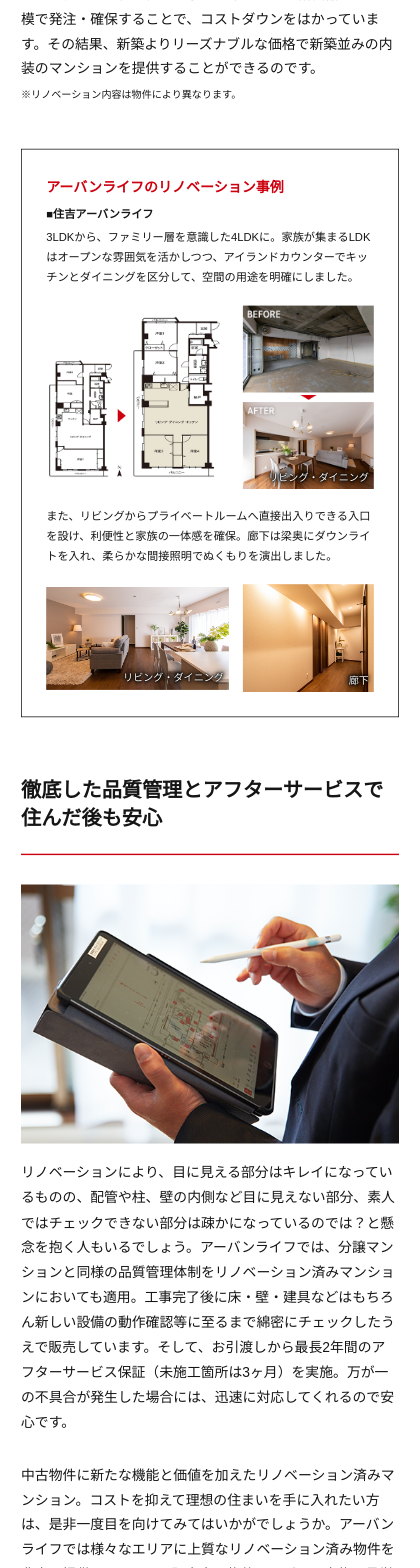
Repository: duongspm/group-kansai_new-data
Page: group-kansai_new/pickup/column07.html
The author's editor kept a copy of each file at every save. The page is drawn from the files as they stood at one save, then again after a run of saves.
The browser window is 600 px wide. The pictures show the part of the page from y = 3832 to 6072 px (the page is 7136 px tall before and 7126 px after), at 70% of full size.

Above is the page before, as saved 2023-06-30 16:31:00.

### group-kansai_new/pickup/column07.html
<!doctype html>
<html>
<head prefix="og: http://ogp.me/ns# fb: http://ogp.me/ns/fb# article: http://ogp.me/ns/website#">

    <meta charset="utf-8">
    <meta http-equiv="X-UA-Compatible" content="chrome=1">
    <meta name="viewport" content="width=device-width, initial-scale=1">

    <title>住み替えを検討する際の重要なポイント。住宅ローン残債があっても住み替えできる？｜関西で住まいのことは三菱地所グループへ</title>
    <meta name="keywords" content="新築マンション,注文住宅,リフォーム,売買・賃貸,関西,三菱地所グループ,三菱地所レジデンス,三菱地所ホーム,三菱地所ハウスネット,住まい">
    <meta name="description" content="関西エリアの三菱地所グループが、新築・中古マンション、注文住宅、リフォーム、売買、賃貸、マンション・ビル管理、インテリアなど、あらゆる住まいのニーズにお応えします。">
    <link rel="canonical" href="https://www.mecsumai.com/group_kansai/pickup/column07.html">

    <!-- OGP -->
    <meta property="og:site_name" content="関西で住まいのことは三菱地所グループへ" />
    <meta property="og:title" content="住み替えを検討する際の重要なポイント。住宅ローン残債があっても住み替えできる？｜関西で住まいのことは三菱地所グループへ" />
    <meta property="og:description" content="関西エリアの三菱地所グループが、新築・中古マンション、注文住宅、リフォーム、売買、賃貸、マンション・ビル管理、インテリアなど、あらゆる住まいのニーズにお応えします。" />
    <meta property="og:type" content="website" />
    <meta property="og:locale" content="ja_JP" />
    <meta property="og:url" content="https://www.mecsumai.com/group_kansai/pickup/column07.html" />
    <meta property="og:image" content="https://www.mecsumai.com/group_kansai/img/ogp/ogimage_column_mjhn_01.jpg" />
    <meta property="article:publisher" content="https://www.facebook.com/mecsumai" />
    <meta name="twitter:card" content="summary_large_image" />
    <meta name="twitter:site:id" value="@mecr_sumai" />
    <!-- CSS/JS -->
    <!--テスト用_WEBフォントタグ--><script type="text/javascript" src="//typesquare.com/3/tsst/script/ja/typesquare.js?GO7P2Rd89as%3D" charset="utf-8"></script>
    <!--本番用_WEBフォントタグ--><!-- <script type="text/javascript" src="//typesquare.com/3/tsst/script/ja/typesquare.js?fP5kCoOP0YE%3D" charset="utf-8"></script>-->

	<link rel="stylesheet" href="../css/style.css">
    <link rel="stylesheet" href="css/column.css">

    <script src="../js/jquery.min.js"></script>
    <script src="../js/script.js"></script>

</head>

<body>

	<!-- Google Tag Manager -->
	<noscript><iframe src="//www.googletagmanager.com/ns.html?id=GTM-PPKM2M"
	height="0" width="0" style="display:none;visibility:hidden"></iframe></noscript>
	<script>(function(w,d,s,l,i){w[l]=w[l]||[];w[l].push({'gtm.start':
	new Date().getTime(),event:'gtm.js'});var f=d.getElementsByTagName(s)[0],
	j=d.createElement(s),dl=l!='dataLayer'?'&l='+l:'';j.async=true;j.src=
	'//www.googletagmanager.com/gtm.js?id='+i+dl;f.parentNode.insertBefore(j,f);
	})(window,document,'script','dataLayer','GTM-PPKM2M');</script>
	<!-- End Google Tag Manager -->

    <header>
        <a><img src="../img/logo_mec.svg" alt="人を、想う力。街を、想う力。三菱地所グループ"></a>
        <a><img src="../img/logo_mecgonext.svg" alt="三菱地所と次にいこう。"></a>
        <div id="btn-menu"><span></span><span></span><span></span><a>MENU</a></div>
    </header>

    <div class="menu">
        <div class="menu-wrap container">
            <ul class="menu-nav menu-nav1">
                <li><a href="../#top" onclick="trEvent('三菱地所グループ関西合同LP','Click','【LP内遷移】グロナビ_トップページに戻る',0);">トップページに戻る</a></li>
                <li><a href="../#p-news" onclick="trEvent('三菱地所グループ関西合同LP','Click','【LP内遷移】グロナビ_NEWS',0);">NEWS</a></li>
                <li><a href="./" onclick="trEvent('三菱地所グループ関西合同LP','Click','【LP内遷移】グロナビ_PICK UP',0);">PICK UP</a></li>
                <li><a href="../#p-buy" onclick="trEvent('三菱地所グループ関西合同LP','Click','【LP内遷移】グロナビ_買いたい',0);">買いたい</a></li>
                <li><a href="../#p-build" onclick="trEvent('三菱地所グループ関西合同LP','Click','【LP内遷移】グロナビ_建てたい',0);">建てたい</a></li>
                <li><a href="../#p-renovate" onclick="trEvent('三菱地所グループ関西合同LP','Click','【LP内遷移】グロナビ_リフォームしたい',0);">リフォームしたい</a></li>
                <li><a href="../#p-sell" onclick="trEvent('三菱地所グループ関西合同LP','Click','【LP内遷移】グロナビ_売りたい',0);">売りたい</a></li>
                <li><a href="../#p-lend" onclick="trEvent('三菱地所グループ関西合同LP','Click','【LP内遷移】グロナビ_貸したい',0);">貸したい</a></li>
                <li><a href="../#p-borrow" onclick="trEvent('三菱地所グループ関西合同LP','Click','【LP内遷移】グロナビ_借りたい',0);">借りたい</a></li>
                <li><a href="../#p-interior" onclick="trEvent('三菱地所グループ関西合同LP','Click','【LP内遷移】グロナビ_インテリアを探す',0);">インテリアを探す</a></li>
                <li><a href="../#p-admin" onclick="trEvent('三菱地所グループ関西合同LP','Click','【LP内遷移】グロナビ_不動産管理',0);">不動産管理</a></li>
            </ul>

            <ul class="menu-nav menu-nav2">
                <li><a href="../check/" onclick="trEvent('三菱地所グループ関西合同LP','Click','【LP内遷移】グロナビ_三菱地所グループの「住まい」マッチング',0);">三菱地所グループの「住まい」マッチング</a></li>
                <li><a href="../#p-map" onclick="trEvent('三菱地所グループ関西合同LP','Click','【LP内遷移】グロナビ_三菱地所グループの関西エリア営業拠点マップ',0);">三菱地所グループの関西エリア営業拠点マップ</a></li>
                <li><a href="../#p-group" onclick="trEvent('三菱地所グループ関西合同LP','Click','【LP内遷移】グロナビ_三菱地所グループのご紹介',0);">三菱地所グループのご紹介</a></li>
            </ul>

            <!-- <ul class="service-bnr">
                <li><a href="check/"><img src="img/bnr_check_menu.jpg" alt="理想の「住まい」セルフチェック"></a></li>
                <li class="bnr-find">
                    <img src="img/bnr_find_menu.jpg" alt="住み替えるなら今の「住まい」は…">
                    <a href="#p-sell01"><img src="img/bnr_find01.png" alt="少しでも高く売却したい"></a>
                    <a href="#p-sell02"><img src="img/bnr_find02.png" alt="手間なく早く売却したい"></a>
                    <a href="#p-lend"><img src="img/bnr_find03.png" alt="賃貸活用で家賃を得たい"></a>
                </li>
            </ul>-->
            <!--/service-bnr-->
        </div>
    </div>

    <main class="main" id="column07">
        <section class="main-img">
            <img class="only-pc" src="img/vol_07/mv07.png" width="100%" alt="image photo">
            <img class="only-sp" src="img/vol_07/mv07-sp.png" width="100%" alt="image photo">
            <p class="cap-abs_right shadow">リノベーション施工事例（北御影アーバンライフ）</p>
        </section>
        <!--/main-img-->

        <section class="column container">
            <div class="column-group">
                <ul class="hashtag">
                    <li># リノベーション</li>
                    <li># 住み替え</li>
                </ul>
                <h2>お手頃なのに新築並み！今話題の「リノベーション済み物件」</h2>
                <p>新居探しの新たな選択肢として最近よく耳にする「リノベーション済み物件」。ですがリノベーション済み物件とはどのようなものなのでしょうか？今回はその特徴やメリットをご紹介します。</p>

                <div class="column-nav">
                    <p class="column-nav_tit">INDEX</p>
                    <ul class="column-nav_list">
                        <li><a href="#part01">
                            <p class="column-nav_num">01</p>
                            <p class="column-nav_txt">今注目されるリノベーション済み物件とは？</p>
                        </a></li>
                        <li><a href="#part02">
                            <p class="column-nav_num">02</p>
                            <p class="column-nav_txt">新築物件よりリーズナブルな価格で手に入る！</p>
                        </a></li>
                        <li><a href="#part03">
                            <p class="column-nav_num">03</p>
                            <p class="column-nav_txt">徹底した品質管理とアフターサービスで住んだ後も安心</p>
                        </a></li>
                    </ul>
                </div>
            </div>
            <!--/column group-->

            <div class="anchor"><div id="part01"></div></div>
            <div class="column-group">
                <h3>今注目されるリノベーション済み物件とは？</h3>

                <div class="column-box">
                    <div class="column-box_inner">
                        <p>住宅の購入を検討するときに、「新築マンションは魅力的だけど、価格が高いから中古マンションのほうがいいのかも？」と迷っている人も多いのではないでしょうか。そんな時に、新築でも中古でもない新たな選択肢として今注目を集めているのが「リノベーション済み物件」です。</p>
                        <p>「リノベーション済み物件」とは、買い取った中古物件に改装工事や修繕工事、クリーニングを行い、内装を新築のような状態で販売されている物件のこと。ちなみに、リノベーション済み物件と似たような形態として「リフォーム済み物件」が挙げられます。両者とも修復や改修がされているのは同じですが、リフォームは現状の状態を回復させる工事がメイン。一方リノベーション済み物件は、古くなった箇所をなおすだけではなく、設備の仕様変更、大幅な間取り・デザイン変更など、新たな機能や価値を加える工事を行い、新築さながらの内装や設備を持っているのが特徴です。</p>
                    </div>
                    <div class="column-box_img">
                        <img src="img/vol_07/img-01.png" alt="リノベーション施工事例（ネオセント西宮北口）">
                        <p class="cap-abs_right shadow">リノベーション施工事例（ネオセント西宮北口）</p>
                    </div>
                </div>
            </div>
            <!--/column group-->

            <div class="anchor"><div id="part02"></div></div>
            <div class="column-group column07-02">
                <h3>新築物件よりリーズナブルな価格で手に入る！</h3>

                <div class="column-box">
                    <div class="column-box_img">
                        <img src="img/vol_07/img-02.png" alt="リノベーション施工例（北御影アーバンライフ）">
                        <p class="cap-abs_right shadow">リノベーション施工例（北御影アーバンライフ）</p>
                    </div>
                    <div class="column-box_inner">
                        <p>「リノベーション済み物件」の何よりのメリットは内装が新しい状態で新築よりも購入価格を抑えられる点です。
                            <br>「”リノベーション済み“ではなく、自分で中古マンションを買って自分好みの内装や間取りにリノベーションすればいいのでは？」と思う人もいるかもしれません。ですが想像してみてください。ご自身で物件を見つけてリノベーションする場合、設計士を探して間取り変更を依頼して、設備業者を探し…と、手間や時間がかかり、コストも割高になってしまいます。</p>
                        <p>ですが、三菱地所グループのアーバンライフが手がけたリノベーション済み物件の場合、厳選した既存マンションに対して、専門の住宅チームが地域性やマンションのグレード、住む人の家族構成や年齢をイメージしながらプランを作成。専門の業者に依頼し、設計、工事、内装をコーディネートしています。また、システムキッチンや浴室乾燥機、エコカラットなど住む人の快適性を追求して厳選した設備機器を一定規模で発注・確保することで、コストダウンをはかっています。その結果、新築よりリーズナブルな価格で新築並みの内装のマンションを提供することができるのです。
                            <br><span class="txt-small">※リノベーション内容は物件により異なります。</span>
                        </p>
                    </div>
                </div>
                <!-- column07 box -->
                <div class="column07__box">
                    <h4>アーバンライフのリノベーション事例</h4>
                    <p class="title">■住吉アーバンライフ</p>
                    <p class="subtitle">3LDKから、ファミリー層を意識した4LDKに。家族が集まるLDKはオープンな雰囲気を活かしつつ、アイランドカウンターでキッチンとダイニングを区分して、空間の用途を明確にしました。</p>
                    <div class="flex">
                        <div class="flex__left">
                            <img src="img/vol_07/img-03.png" alt="リビング・ダイニング">
                        </div>
                        <div class="flex__right">
                            <div class="box__img">
                                <img src="img/vol_07/img-04.png" alt="リビング・ダイニング">
                                <p class="cap-abs_right shadow">リビング・ダイニング</p>
                            </div>
                        </div>
                    </div>
                    <p class="subtitle">また、リビングからプライベートルームへ直接出入りできる入口を設け、利便性と家族の一体感を確保。廊下は梁奥にダウンライトを入れ、柔らかな間接照明でぬくもりを演出しました。</p>
                    <div class="flex">
                        <div class="flex__left">
                            <div class="box__img">
                                <img src="img/vol_07/img-05.png" alt="リビング・ダイニング">
                                <p class="cap-abs_right shadow">リビング・ダイニング</p>
                            </div>
                        </div>
                        <div class="flex__right">
                            <div class="box__img">
                                <img src="img/vol_07/img-07.png" alt="廊下">
                                <p class="cap-abs_right shadow">廊下</p>
                            </div>
                        </div>
                    </div>
                </div>

                <!-- column07 box -->
            </div>
            <!--/column group-->

            <div class="anchor"><div id="part03"></div></div>
            <div class="column-group">
                <h3>徹底した品質管理とアフターサービスで住んだ後も安心</h3>

                <div class="column-box">
                    <div class="column-box_inner">
                        <p>リノベーションにより、目に見える部分はキレイになっているものの、配管や柱、壁の内側など目に見えない部分、素人ではチェックできない部分は疎かになっているのでは？と懸念を抱く人もいるでしょう。アーバンライフでは、分譲マンションと同様の品質管理体制をリノベーション済みマンションにおいても適用。工事完了後に床・壁・建具などはもちろん新しい設備の動作確認等に至るまで綿密にチェックしたうえで販売しています。そして、お引渡しから最長2年間のアフターサービス保証（未施工箇所は3ヶ月）を実施。万が一の不具合が発生した場合には、迅速に対応してくれるので安心です。</p>
                        <p>中古物件に新たな機能と価値を加えたリノベーション済みマンション。コストを抑えて理想の住まいを手に入れたい方は、是非一度目を向けてみてはいかがでしょうか。アーバンライフでは様々なエリアに上質なリノベーション済み物件を豊富に提供しています。販売中の物件はいずれも実物の見学が可能ですので、ぜひお気軽にアーバンライフのリノベーション済み物件にお越しください。</p>
                    </div>
                    <div class="column-box_img">
                        <img src="img/vol_07/img-08.png" alt="image photo">
                    </div>
                </div>
            </div>
            <!--/column group-->
        </section>
        <!--/column-->

        <section class="contact">
            <div class="contact-heading">
                <div class="contact-tit">
                    <h2>
                        実際に完成した居住空間や、
                        <br>立地・環境などを体感できる！
                    </h2>
                </div>
                <div class="contact-btn container">
                    <a href="../mjhn_18.html" target="_blank" onclick="trEvent('三菱地所グループ関西合同LP','Click','【三菱地所ハウスネット】PICKUP_住み替えを検討する際の重要なポイント。住宅ローン残債があっても住み替えできる？_無料売却査定はこちら',0);">リノベーション物件はこちら</a>
                </div>
            </div>

            <!-- <div class="contact-sns">
                <a class="twitter typesquare_option" href="http://twitter.com/share?url=www.mecsumai.com/group_kansai/pickup/&amp;text=住み替えを検討する際の重要なポイント。住宅ローン残債があっても住み替えできる？&amp;hashtags=住み替え&amp;hashtags=売却査定" target="_blank" rel="nofollow noopener noreferrer">Twitterでシェア</a>
                <a class="facebook typesquare_option" href="http://www.facebook.com/share.php?u=mecsumai.com/group_kansai/pickup/" target="_blank" rel="nofollow noopener noreferrer">Facebookでシェア</a>
            </div>-->

            <a class="contact-back" href="./" onclick="trEvent('三菱地所グループ関西合同LP','Click','【LP内遷移】PICK UP_詳細_PICK UP 一覧に戻る',0);">トップページに戻る</a>
        </section>
    </main>

    <footer>
        <div id="pagetop"><img src="../img/pagetop.png" alt="トップに戻る"></div>
        <a><img src="../img/flogo_mec.svg" alt="人を、想う力。街を、想う力。三菱地所グループ"></a>
        <p>Copyright &copy; Mitsubishi Estate Group. All Rights Reserved.</p>
    </footer>

    <!-- Yahoo Tag Manager -->
    <script type="text/javascript">
      (function () {
        var tagjs = document.createElement("script");
        var s = document.getElementsByTagName("script")[0];
        tagjs.async = true;
        tagjs.src = "//s.yjtag.jp/tag.js#site=YzMGP4N&referrer=" + encodeURIComponent(document.location.href) + "";
        s.parentNode.insertBefore(tagjs, s);
      }());
    </script>
    <noscript>
      <iframe src="//b.yjtag.jp/iframe?c=YzMGP4N" width="1" height="1" frameborder="0" scrolling="no" marginheight="0" marginwidth="0"></iframe>
    </noscript>
    <!-- End Yahoo Tag Manager -->

</body>
</html>

### group-kansai_new/pickup/css/column.css
@charset "utf-8";
/* Column */
.main{color: #151515;}
.main-img{position: relative;}
.spOnly {display:none;}
.red_txt {font-weight:bold;color:#cd0010;}
.caption {font-size: 1rem;line-height: 1.4;margin-top:10px;text-align:left;}

.column{padding: 6rem 0 4rem; max-width: 1200px;}
.column h2{font-size: 3rem; line-height: 1.4; font-family: "秀英明朝 M", "Shuei Mincho M", "游明朝", YuMincho, "Hiragino Mincho ProN W3", "ヒラギノ明朝 ProN W3", "Hiragino Mincho ProN", "HG明朝E", "MS P明朝", "MS 明朝", serif; padding: 1rem 0;}
.column h3{font-size: 2.4rem; line-height: 1.4; font-family: "秀英角ゴシック金 B", "Shuei KakuGo Kin B", "Noto Sans JP", "ヒラギノ角ゴ Pro W3", "Hiragino Kaku Gothic Pro", "メイリオ", "MS Pゴシック", "MS PGothic", Meiryo, sans-serif; padding: 0 0 2.5rem; border-bottom: 2px solid #cd0010; margin: 0 0 3.5rem;}

.column-nav{background: #ededed; padding: 3rem 5%; margin-top: 5rem;}
.column-nav_tit{font-size: 2.4rem; line-height: 1; text-align: center; color: #cd0010; font-weight: bold; font-family: 'Inter', sans-serif;}
.column-nav_list li{padding: 2rem 0; border-bottom: 1px solid #d6d6d6;}
.column-nav_list li:last-of-type{border-bottom: none;}
.column-nav_list a{display: flex; justify-content: space-between; width: 100%;}
.column-nav_num{font-size: 1.5rem; line-height: 1; text-align: center; background: #cd0010; font-weight: bold; color: #fff; font-family: 'Inter', sans-serif; width: 3rem; height: 3rem; display: flex; justify-content: center; align-items: center;}
.column-nav_txt{font-size: 1.8rem; line-height: 1.4; width: calc(100% - 4rem); text-decoration: underline;}
.column-nav_list a:hover{opacity: .6;}

.column-group{margin: 0 0 7rem;}
.column-box{display: flex; align-items: flex-start; justify-content: space-between; flex-wrap: wrap;}
.column-box.align-center {align-items: center;}
.column-box:not(:last-of-type){margin: 0 0 5rem;}
.column-box.is-mb0{margin-bottom: 0;}
.column-box_img{width: 44.67%; position: relative;}
.column-box_img.is-flex{display: flex; flex-wrap: wrap;}
.column-box_img figure{position: relative;}
.column-box_inner{width: 50%;}
.column-box_inner p:not(:last-of-type){padding: 0 0 2em;}
.column-note{font-size: 1.2rem; margin-top: 4rem;}

.column-full p{padding-bottom: 2em;}
.column-full_img{position: relative; margin-bottom: 2em;}

.slider .slick-arrow{text-indent: -9999px; width: 5rem; height: 5rem; position: absolute; top: 50%; margin-top: -2.5rem; z-index: 10; cursor: pointer;}
.slider .slick-prev{left: -2.7rem; background: url("../img/btn_prev.jpg") no-repeat top left/100% auto;}
.slider .slick-next{right: -2.7rem; background: url("../img/btn_next.jpg") no-repeat top left/100% auto;}
.slider .slick-dots{display: flex; justify-content: center; position: absolute; bottom: -3rem; left: 0; width: 100%;}
.slider .slick-dots li{width: 1rem; height: 1rem; border-radius: 100%; background: #d6d6d6; margin: 0 1rem; text-indent: -9999px;}
.slider .slick-dots li.slick-active{background: #cd0010;}
.slider .slick-track{display: flex !important;}
.slider .slick-slide{height: inherit !important;}
.slider figure {position: relative; margin-bottom: 10px;}
.slider figure figcaption {position: absolute;}

.column_contact a{width: 100%; max-width: 46rem; padding: 2rem 0; text-align: center; color: #fff; background: #cd0010; display: block; border-radius: 0.6rem; text-align: center; font-size: 1.7rem; line-height: 1; margin: 30px auto 0; border: 2px solid #cd0010; transition: .3s;}
.column_contact a.bgWhite {background: #fff; color: #cd0010;}
.column_contact a.bgWhite:after{background: url("../../img/ic_open_red.svg") no-repeat top left/100% 100%;}
.column_contact a.bgWhite:hover {background: #cd0010; color: #fff;}
.column_contact a.bgWhite:hover:after{background: url("../../img/ic_open_white.svg") no-repeat top left/100% 100%;}
.column_contact a:after{content: ''; width: 1.3rem; height: 1.3rem; margin-left: 0.8rem; position: relative; top: 0.2rem; background: url("../../img/ic_open_white.svg") no-repeat top left/100% 100%; display: inline-block;}
.column_contact a:hover{background: #fff; color: #cd0010;}
.column_contact a:hover:after{background: url("../../img/ic_open_red.svg") no-repeat top left/100% 100%;}


#column-group-02 .column-box .column-box_inner figure {position: relative; margin-top: 12%;}

@media (min-width: 1025px){
    .column-box_inner{line-height: 2;}
}

@media (max-width: 767px){
    .spOnly {display:block;}
    .column-box_img{width: 100% !important; order: -1; margin: 0 0 2rem;}
    .column-box_img img{width: 100%;}
    .column-box_inner{width: 100% !important;}
    #column02 .contact-tit h2 {padding: 0 2rem;}

    .slider {width: calc(100% + 10%); margin-left: -5%;}
    .slider p {padding: 0 5%;}
    .slider .slick-arrow {top: 35%;}
    .slider .slick-prev {left: 0;}
    .slider .slick-next {right: 0;}
}

/* Contact */
.contact{padding: 0 0 16rem; font-family: "秀英角ゴシック金 B", "Shuei KakuGo Kin B", "Noto Sans JP", "ヒラギノ角ゴ Pro W3", "Hiragino Kaku Gothic Pro", "メイリオ", "MS Pゴシック", "MS PGothic", Meiryo, sans-serif;}
.contact-heading{background: #f9ebec; padding: 4.5rem 0 4rem; margin: 0 0 6rem;}

.contact-tit{text-align: center; margin: 0 0 3rem;}
.contact-tit h2{font-size: 2.2rem; line-height: 1.7; position: relative; display: inline-block; padding: 0 5rem;}
.contact-tit h2 span{color: #cd0010; display: block;}
.contact-tit h2:before,
.contact-tit h2:after{content: ''; background: #151515; width: 0.2rem; height: 6rem; display: inline-block; position: absolute; bottom: -0.1em;}
.contact-tit h2:before{transform: rotate(-45deg); -webkit-transform: rotate(-45deg); left: 0;}
.contact-tit h2:after{transform: rotate(45deg); -webkit-transform: rotate(45deg); right: 0;}

.contact-btn{background: #fff; padding: 3rem;}
.contact-btn a{width: 100%; max-width: 52.5rem; padding: 2rem 0; text-align: center; color: #fff; background: #cd0010; display: block; border-radius: 0.6rem; text-align: center; font-size: 1.7rem; line-height: 1; margin: 0 auto; border: 2px solid #cd0010; transition: .3s;}
.contact-btn a.bgWhite {background: #fff; color: #cd0010;}
.contact-btn a.bgWhite:after{background: url("../../img/ic_open_red.svg") no-repeat top left/100% 100%;}
.contact-btn a.bgWhite:hover {background: #cd0010; color: #fff;}
.contact-btn a.bgWhite:hover:after{background: url("../../img/ic_open_white.svg") no-repeat top left/100% 100%;}

.contact-btn a:after{content: ''; width: 1.3rem; height: 1.3rem; margin-left: 0.8rem; position: relative; top: 0.2rem; background: url("../../img/ic_open_white.svg") no-repeat top left/100% 100%; display: inline-block;}
.contact-btn a:hover{background: #fff; color: #cd0010;}
.contact-btn a:hover:after{background: url("../../img/ic_open_red.svg") no-repeat top left/100% 100%;}

.contact-sns{display: flex; justify-content: center; text-align: center; margin: 0 0 4rem;}
.contact-sns a{width: 24rem; font-size: 1.6rem; color: #fff; line-height: 1; padding: 0.55em 0; border-radius: 0.6rem; margin: 0 1rem; transition: .3s;}
.contact-sns a:before{content: ''; margin: 0 0.8rem 0 0; display: inline-block;}
.contact-sns a.twitter{border: 2px solid #1da1f2; background: #1da1f2;}
.contact-sns a.twitter:before{width: 1.7rem; height: 1.4rem; background: url("../img/ic_twitter_white.svg") no-repeat top left/100% 100%;}
.contact-sns a.twitter:hover{background: #fff; color: #1da1f2;}
.contact-sns a.twitter:hover:before{background: url("../img/ic_twitter.svg") no-repeat top left/100% 100%;}

.contact-sns a.facebook{border: 2px solid #1877f2; background: #1877f2;}
.contact-sns a.facebook:before{width: 0.9rem; height: 1.7rem; background: url("../img/ic_facebook_white.svg") no-repeat top left/100% 100%; position: relative; top: 0.1rem;}
.contact-sns a.facebook:hover{background: #fff; color: #1877f2;}
.contact-sns a.facebook:hover:before{background: url("../img/ic_facebook.svg") no-repeat top left/100% 100%;}

.contact-back{font-size: 1.8rem; line-height: 1; border: 2px solid #151515; width: 28rem; padding: 0.95em 0; text-align: center; border-radius: 0.6em; display: block; margin: 0 auto; transition: .3s;}
.contact-back:hover{background: #151515; color: #fff;}

.contact-btn.style2 .item {display: flex; flex-wrap: wrap; justify-content: space-between;}
.contact-btn.style2 .item .col1 {width: 19.15%;}
.contact-btn.style2 .item .col2 {width: 78%;}
.contact-btn.style2 .item .col2 h4 {border-bottom: 1px solid #000; padding-bottom: 10px; margin-bottom: 10px; font-size: 1.8rem;}
.contact-btn.style2 .item .col2 p {margin-bottom: 20px;}
.contact-btn.style2 .item .listBtn {width: 100%;}
.contact-btn.style2 .item .listBtn ul {display: flex; flex-wrap: wrap; justify-content: space-between;}
.contact-btn.style2 .item .listBtn ul li {width: 49%;}

@media (max-width: 767px){
    .contact-tit h2{font-size: 2rem; padding: 0 3rem;}
    .contact-tit h2:before{transform: rotate(-30deg); -webkit-transform: rotate(-30deg);}
    .contact-tit h2:after{transform: rotate(30deg); -webkit-transform: rotate(30deg);}

    .contact-sns a{width: 20rem;}

    .contact-btn.style2 .item {position: relative;}
    .contact-btn.style2 .item .col1 {width: 32.5%; padding-top: 5px;}
    .contact-btn.style2 .item .col2 {width: 63%;}
    .contact-btn.style2 .item .col2 h4 {font-size: 2rem; line-height: 1.6; margin-bottom: 5px; padding-bottom: 5px;}
    .contact-btn.style2 .item .col2 p {font-size: 1.6rem; margin-bottom: 0;}
    .contact-btn.style2 .item .listBtn {margin-top: 10px;}
}


/* Column05 */
@media (min-width: 768px){
    #column05-01 .column-box_img{width: 50%;}
    #column05-01 .column-box_inner{width: 46%;}
    #column05-02 .column-box_img{width: 63.34%; justify-content: space-between;}
    #column05-02 .column-box_img figure{width: 31.58%;}
    #column05-02 .column-box_inner{width: 32.66%;}
    .column05-02_img{position: relative; margin-top: 5rem;}
    #column05-03 .column-box_img{width: 25.833333%;}
    #column05-03 .column-box_inner{width: 70%;}
}

@media (max-width: 767px){
    #column05-02 .column-box{margin: 0 0 3rem;}
    #column05-02 .column-box_inner{order: -1;}
    #column05-02 .column-box_img{order: 0; margin: 0;}
    #column05-02 .column-box_img figure{width: 48%; margin-right: 4%; margin-top: 2rem;}
    #column05-02 .column-box_img figure:nth-of-type(2){margin-right: 0;}
    #column05-02 .column-box_img figure:nth-of-type(3){margin: 4% 26% 0;}
    .column05-02_img{position: relative; margin-top: 3rem;}
}

/* Column06 */
#column06-02 .column-box_img{justify-content: space-between;}
#column06-02 .column-box_img figure{width: 48.34%;}

@media (min-width: 768px){
    #column06-01 .column-box_img{width: 44.67%;}
    #column06-01 .column-box_inner{width: 51.33%;}
    #column06-02 .column-box_img{width: 50%;}
    #column06-02 .column-box_inner{width: 46%;}
}

@media (max-width: 767px){
    #column06-02 .column-box_img{order: 0; margin: 3rem 0 0 0;}
    #column06-02 .column-box_inner{order: -1;}
}

/* Column07 */
.column07-02 .column-box_inner .txt-small{
    font-size: 10px;
}
.column07__box{
    padding: 50px;
    border: 1px solid #000000;
}
.column07__box h4{
    font-size: 20px;
    color: #cd0010;
    font-weight: bold;
}
.column07__box .title{
    font-size: 16px;
    font-weight: bold;
    padding-top: 8px;
    padding-bottom: 4px;
}
.column07__box .subtitle{
    font-size: 16px;
}
.column07__box .flex{
    padding-top: 25px;
    display: flex;
    justify-content: space-between;
}
.column07__box .flex .flex__left{
    width: calc(60% - 20px);
    display: flex;
    align-items: center;
    justify-content: end;
}
.column07__box .flex .flex__right{
    width: 40%;
    display: flex;
    align-items: center;
    justify-content: flex-start;
}
.column07__box .flex:first-of-type{
    padding-bottom: 25px;
}
.column07__box .box__img{
    position: relative;
}
@media (max-width: 767px){
    .column07-02 .column-box_inner .txt-small {
        font-size: 1.2rem;
    }
    .column07__box{
        padding: 35px;
    }
}

Loaded but not shown: group-kansai_new/js/jquery.min.js (library); group-kansai_new/js/script.js (70 lines, source omitted); group-kansai_new/css/style.css (164 lines, source omitted)

After the next 3 saves:
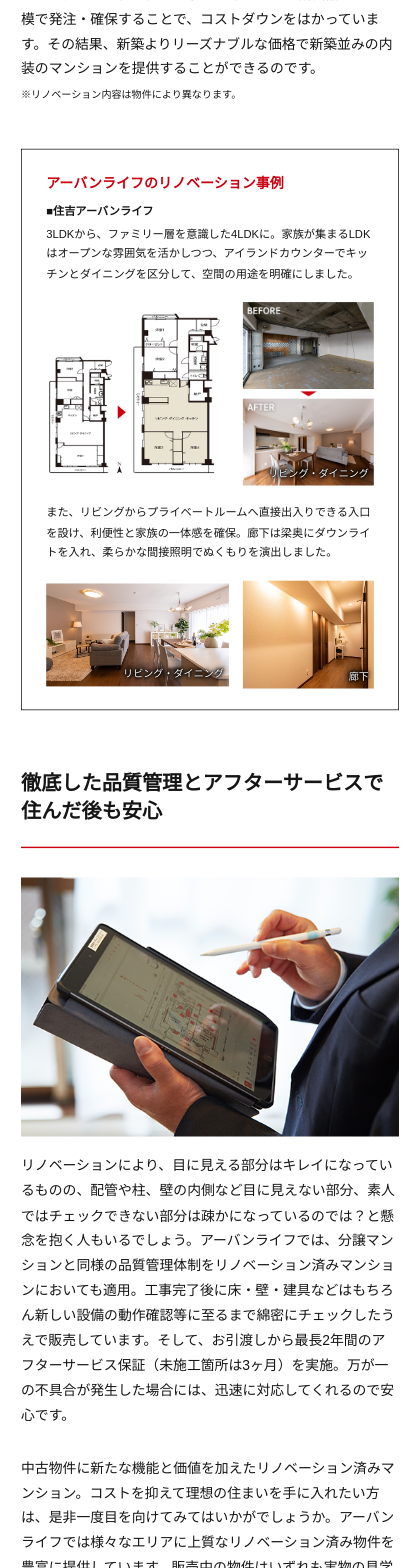
The 3 saves are shown as one change because they came seconds apart.
The last was saved 19 s later.
--- a/group-kansai_new/pickup/css/column.css
+++ b/group-kansai_new/pickup/css/column.css
@@ -227,6 +227,6 @@
         font-size: 1.2rem;
     }
     .column07__box{
-        padding: 35px;
+        padding: 30px 35px;
     }
 }
